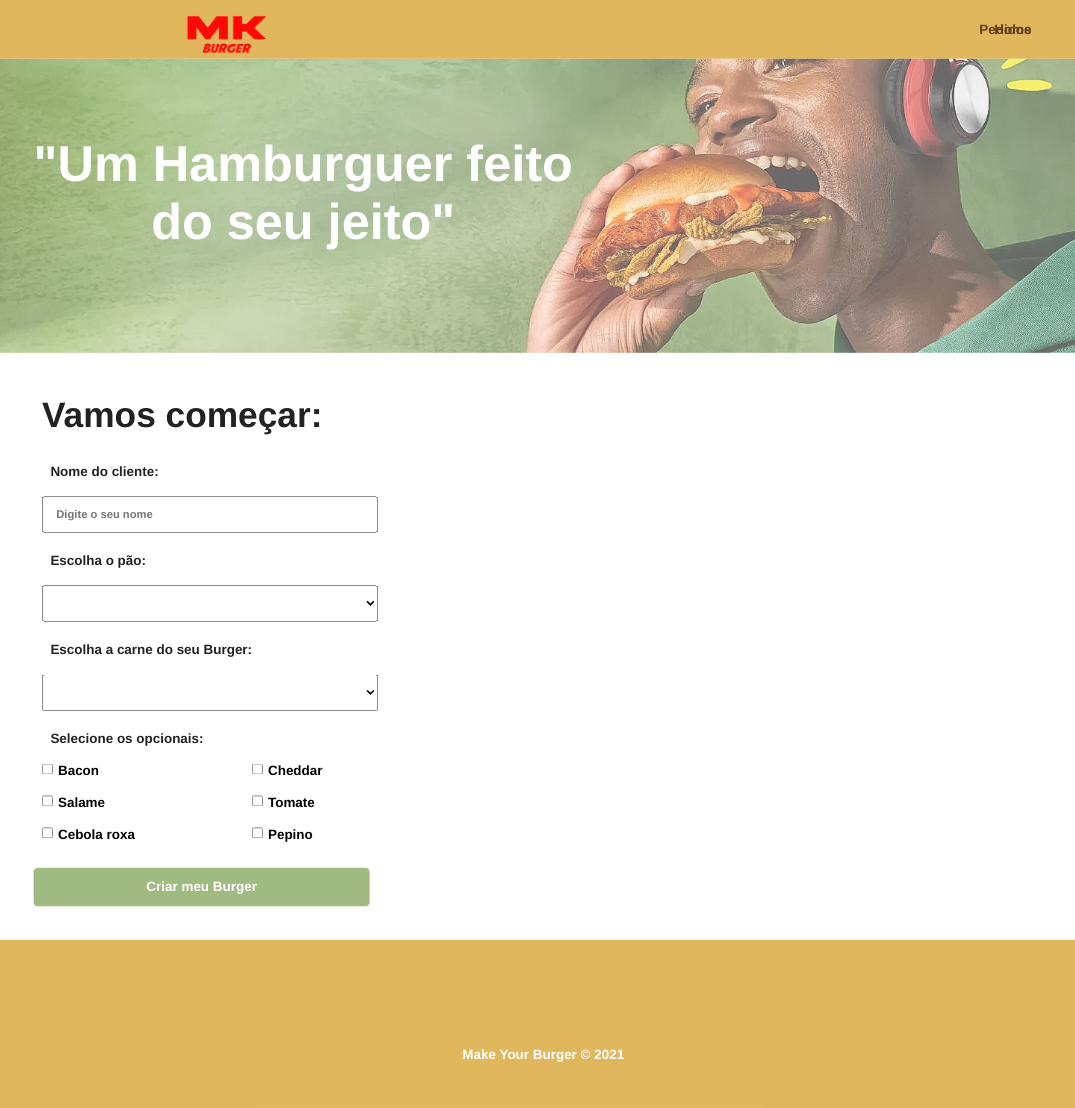
Repository: MarcoantonioCaldeira/Sistema-para-Hamburgueria
Page: /
These files come from the project's save history. The page is drawn as it stood at one moment and after the next save; the edit follows.
The browser window is 1280 px wide. The pictures show the whole page, at 84% of full size.
The project was rebuilt for these pictures with package versions that can differ from the ones it lists, and the page was loaded fresh each time. Requests to the local data server were answered from the project's data file. Also part of the build but not shown: vue.config.js.

Above is the page before, as saved 2022-11-02 22:30:22.

After the next save:
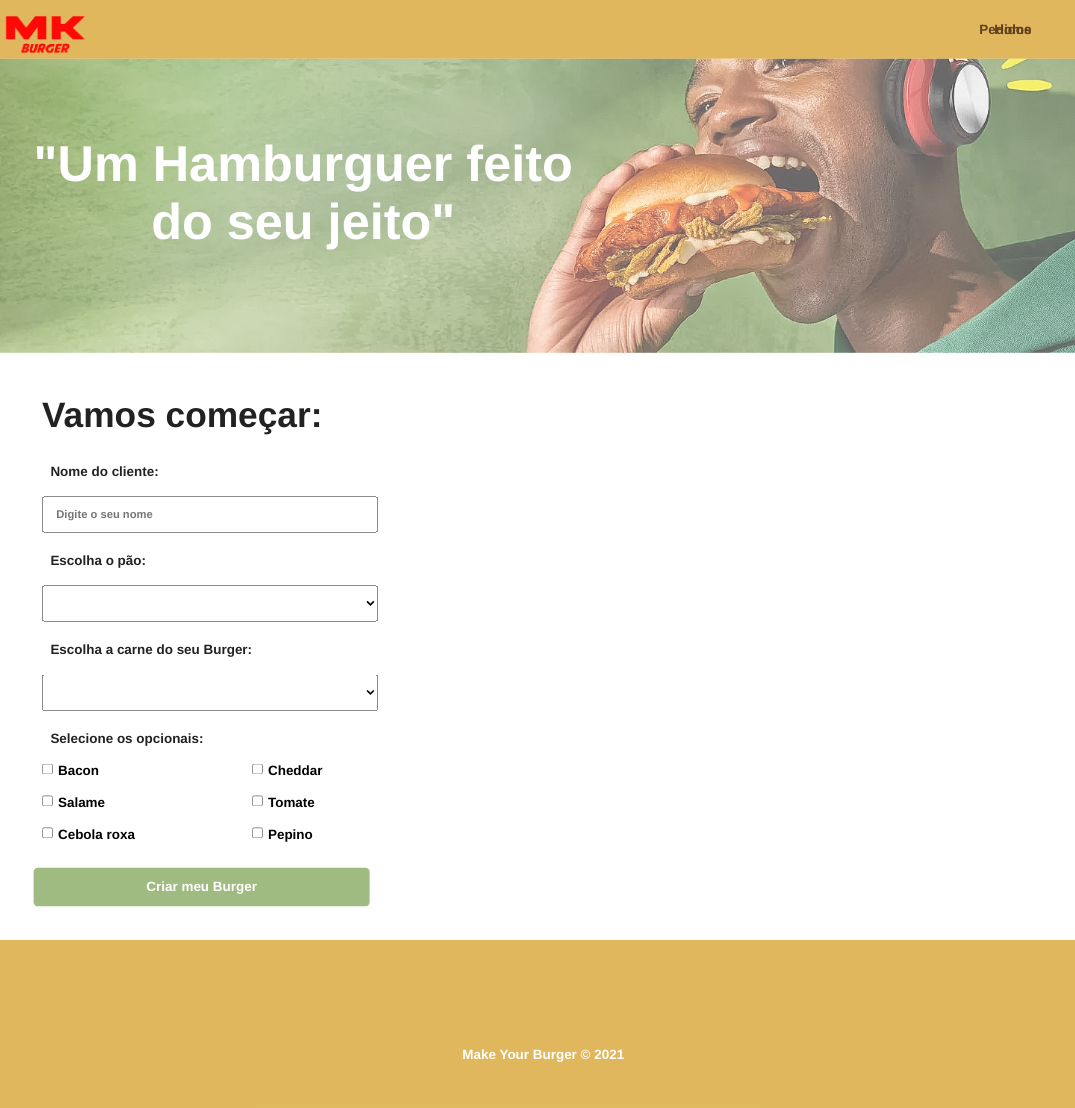
Saved 5 s later.
--- a/src/components/Navbar.vue
+++ b/src/components/Navbar.vue
@@ -31,7 +31,7 @@
       }
 
       #logo{
-        margin-left:-140vh;
+        margin-left:-170vh;
         width: 100px;
         height: 100px;
       }
